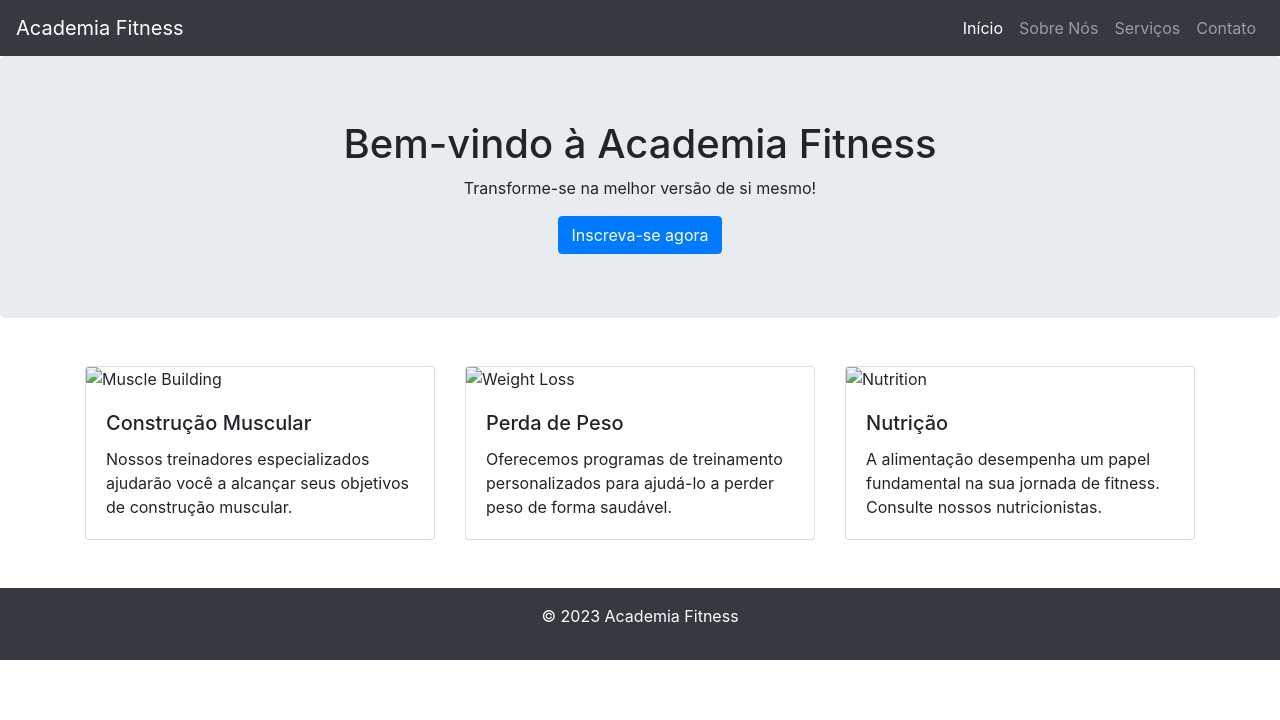
Repository: 01nethy/pratica14
Page: index.html
These files come from the project's save history. The page is drawn as it stood at one moment and after the next save; the edit follows.
The browser window is 1280 px wide. The pictures show the whole page.

Above is the page before, as saved 2023-09-07 22:07:20.
Not found: muscle.jpg
Not found: nutrition.jpg
Not found: styles.css

After the next save:
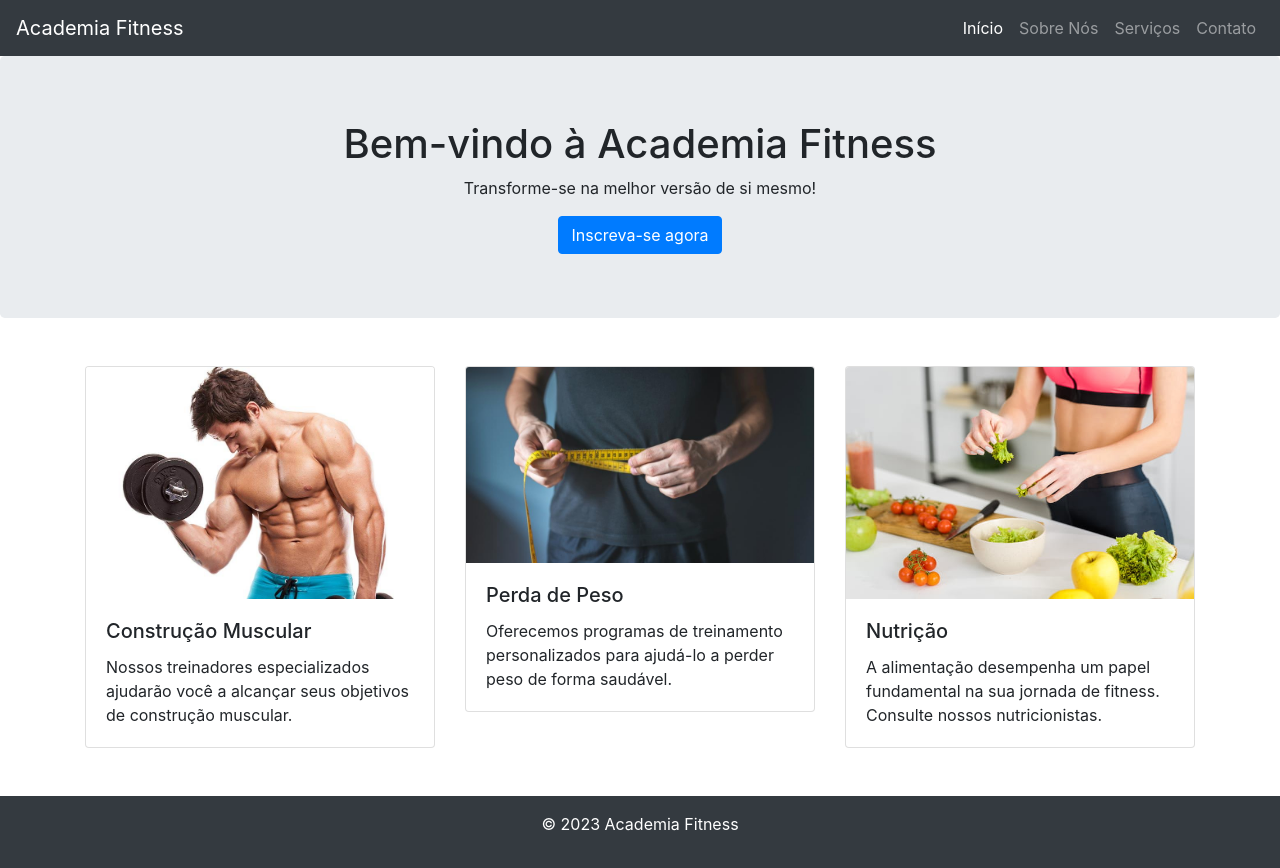
Saved 63 min 6 s later.
--- a/index.html
+++ b/index.html
@@ -45,7 +45,7 @@
     <div class="row">
         <div class="col-md-4">
             <div class="card">
-                <img src="muscle.jpg" class="card-img-top" alt="Muscle Building">
+                <img src="massa.jpg" class="card-img-top" alt="Muscle Building">
                 <div class="card-body">
                     <h5 class="card-title">Construção Muscular</h5>
                     <p class="card-text">Nossos treinadores especializados ajudarão você a alcançar seus objetivos de construção muscular.</p>
@@ -54,7 +54,7 @@
         </div>
         <div class="col-md-4">
             <div class="card">
-                <img src="weight-loss.jpg" class="card-img-top" alt="Weight Loss">
+                <img src="peso.jpg" class="card-img-top" alt="Weight Loss">
                 <div class="card-body">
                     <h5 class="card-title">Perda de Peso</h5>
                     <p class="card-text">Oferecemos programas de treinamento personalizados para ajudá-lo a perder peso de forma saudável.</p>
@@ -63,7 +63,7 @@
         </div>
         <div class="col-md-4">
             <div class="card">
-                <img src="nutrition.jpg" class="card-img-top" alt="Nutrition">
+                <img src="nutricao.jpg" class="card-img-top" alt="Nutrition">
                 <div class="card-body">
                     <h5 class="card-title">Nutrição</h5>
                     <p class="card-text">A alimentação desempenha um papel fundamental na sua jornada de fitness. Consulte nossos nutricionistas.</p>
